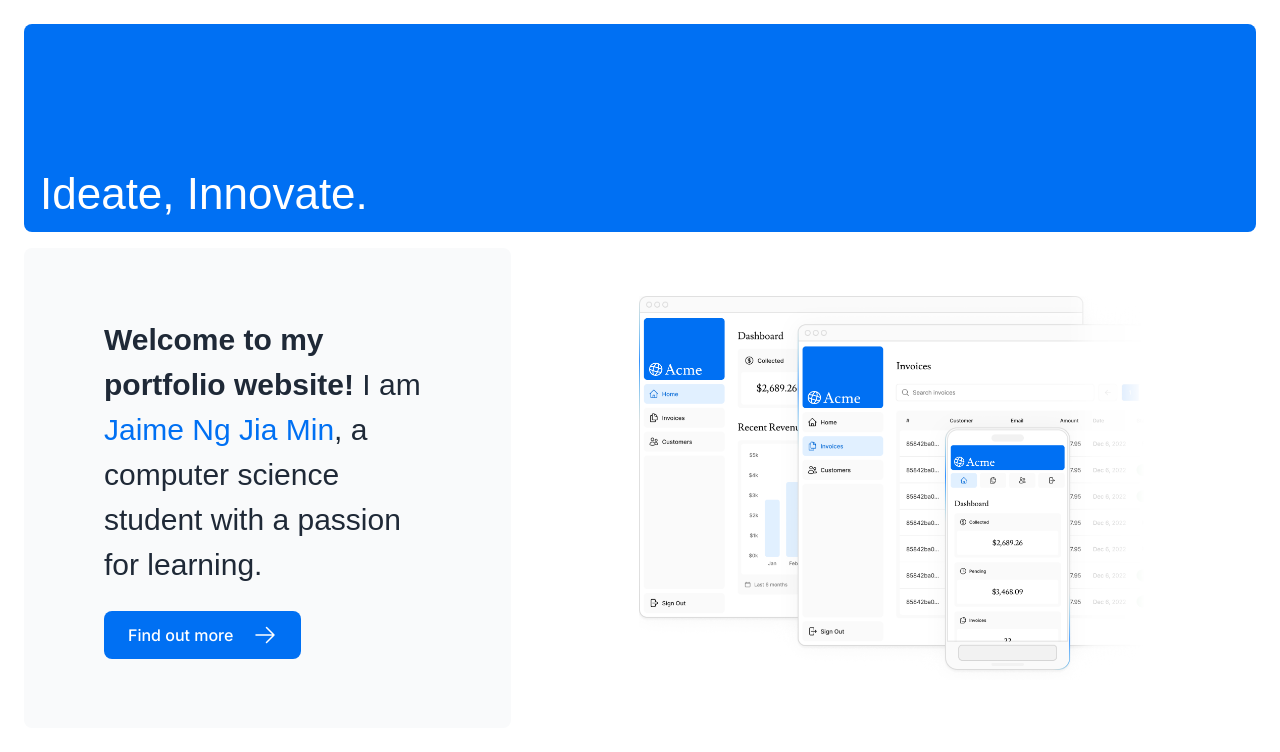
Repository: ThatGirlJam/jaime-portfolio
Page: /
The author's editor kept a copy of each file at every save. The page is drawn from the files as they stood at one save, then again after the next save.
The browser window is 1280 px wide. The pictures show the whole page.
Some web fonts or font styles are not loaded; a fallback is used. The project was rebuilt for these pictures with package versions that can differ from the ones it lists, and the page was loaded fresh each time. The framework's server and built-in components were replaced by stand-ins that run in the browser. Also part of the build but not shown: next.config.js.

Above is the page before, as saved 2024-04-09 21:14:28.

After the next save:
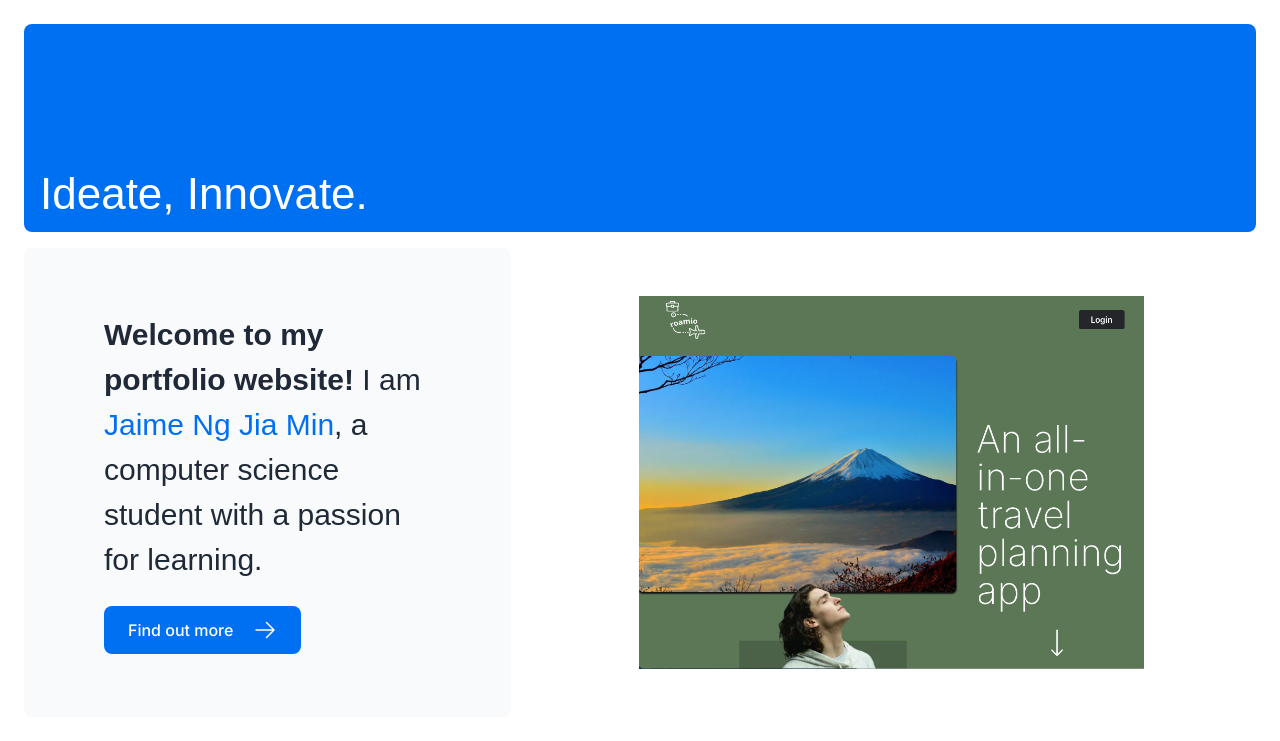
Saved 118 s later.
--- a/app/page.tsx
+++ b/app/page.tsx
@@ -35,9 +35,9 @@ export default function Page() {
         <div className="flex items-center justify-center p-6 md:w-3/5 md:px-28 md:py-12">
           {/* Add Hero Images Here */}
           <Image
-            src="/hero-desktop.png"
-            width={1000}
-            height={760}
+            src="/hero-desktop-roamio.png"
+            width={961}
+            height={710}
             className="hidden md:block"
             alt="Screenshots of the dashboard project showing desktop version"
           />
